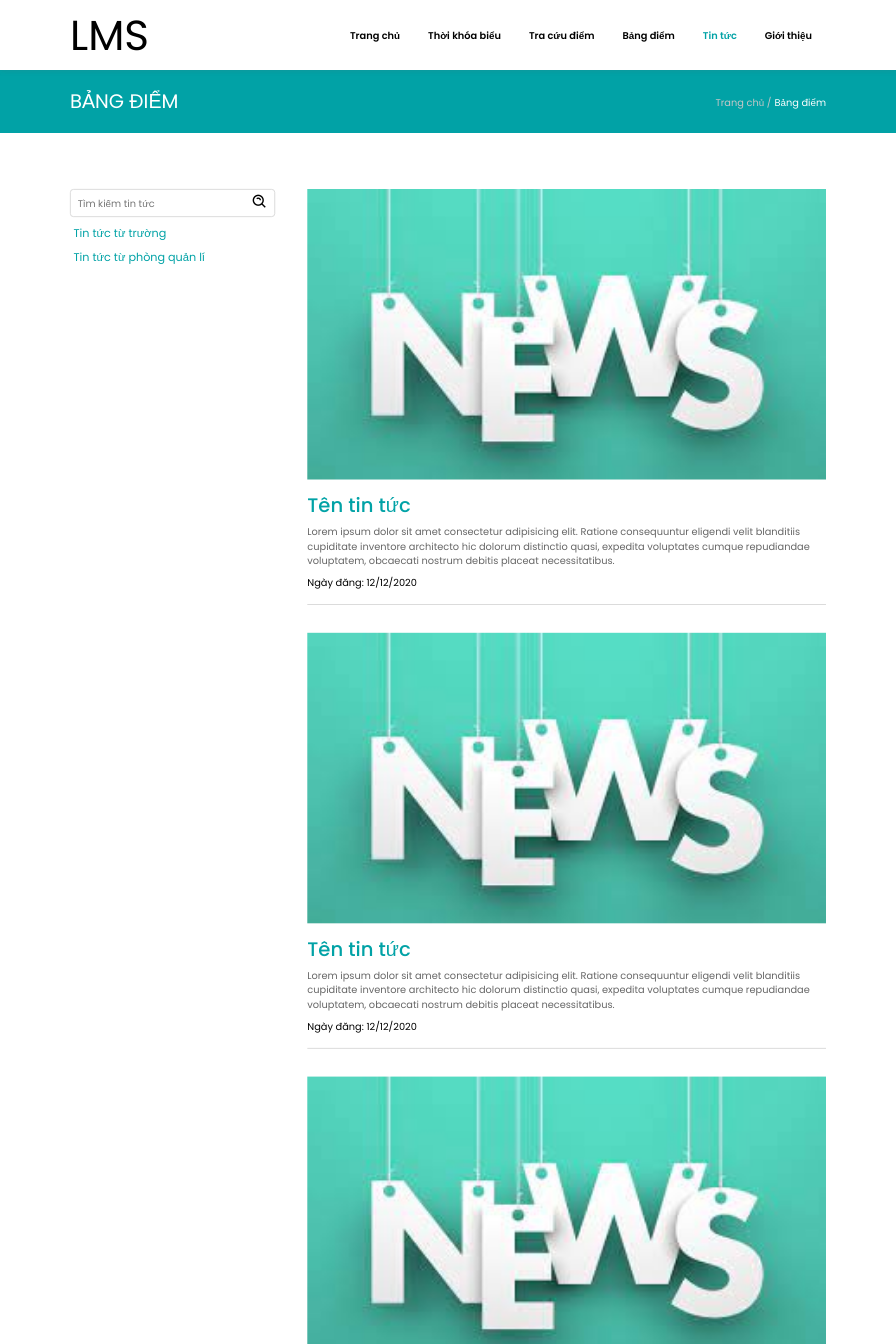
Repository: dungdungptit/LMS
Page: template/news.html
These files come from the project's save history. The page is drawn as it stood at one moment and after the next save; the edit follows.
The browser window is 1280 px wide. The pictures show the part of the page from y = 0 to 1920 px (the page is 3965 px tall before and 4237 px after), at 70% of full size.

Above is the page before, as saved 2022-04-29 08:05:46.

### template/news.html
<!DOCTYPE html>
<html lang="en">

  <head>
    <meta charset="UTF-8">
    <meta http-equiv="X-UA-Compatible" content="IE=edge">
    <meta name="viewport" content="width=device-width, initial-scale=1.0">
    <title>Tin tức</title>
    <style>
      @import url('https://fonts.googleapis.com/css2?family=Poppins:ital,wght@0,100;0,200;0,300;0,400;0,500;0,600;0,700;0,800;0,900;1,100;1,200;1,300;1,400;1,500;1,600;1,700;1,800;1,900&display=swap');
    </style>
    <link href='https://unpkg.com/boxicons@2.1.2/css/boxicons.min.css' rel='stylesheet'>

    <link rel="stylesheet" href="css/root.css">
    <link rel="stylesheet" href="css/header.css">
    <link rel="stylesheet" href="css/footer.css">
    <link rel="stylesheet" href="css/news.css">
  </head>

  <body>
    <div class="web-container">
      <header class="header-container">
        <div class="header">
          <div class="header-logo"><a href="index.html">LMS</a></div>
          <nav class="header-nav">
            <ul class="header-nav-list">
              <li class="header-nav-item"><a href="index.html" class="header-nav-link">Trang
                  chủ</a></li>
              <li class="header-nav-item"><a href="time-table.html" class="header-nav-link">Thời
                  khóa biểu</a></li>
              <li class="header-nav-item"><a href="mark-search.html" class="header-nav-link">Tra cứu điểm</a></li>
              <li class="header-nav-item"><a href="mark-statistics.html"
                  class="header-nav-link">Bảng
                  điểm</a></li>
              <li class="header-nav-item"><a href="news.html" class="header-nav-link header-nav-link-active">Tin tức</a></li>
              <li class="header-nav-item"><a href="#about.html" class="header-nav-link">Giới thiệu</a></li>
            </ul>
          </nav>
        </div>
      </header>
      <div id="page">
        <div class="heading">
          <h10 class="heading-title">Bảng điểm</h10>
          <span class="heading-link">
            <a href="index.html">Trang chủ /</a>
            <span>Bảng điểm</span>
          </span>
        </div>
        <section class="news">
          <div class="col-left">
            <div class="news-search">
              <form action="">
                <input type="text" placeholder="Tìm kiếm tin tức">
                <button type="submit">
                  <i class='bx bx-search-alt'></i>
                </button>
              </form>
            </div>
            <div class="news-categories">
              <a href="#news-from-school">Tin tức từ trường</a>
              <a href="#news-from-manager">Tin tức từ phòng quản lí</a>
            </div>
          </div>
          <div class="col-right">
            <div class="news-body">
              <div class="news-item">
                <div class="news-item-content">
                  <div class="news-item-img">
                    <a href="news-detail.html">
                      <img src="images/news/news.jfif" alt="">
                    </a>
                  </div>
                  <div class="news-item-info">
                    <div class="news-item-title">
                      <a href="news-detail.html">
                        <h2>Tên tin tức</h2>
                      </a>
                    </div>
                    <div class="news-item-description">
                      <p>Lorem ipsum dolor sit amet consectetur adipisicing elit. Ratione consequuntur eligendi velit
                        blanditiis cupiditate inventore architecto hic dolorum distinctio quasi, expedita voluptates
                        cumque repudiandae voluptatem, obcaecati nostrum debitis placeat necessitatibus.</p>
                    </div>
                    <div class="news-item-date">
                      <p>Ngày đăng: 12/12/2020</p>
                    </div>
                  </div>
                </div>
              </div>
              <div class="news-item">
                <div class="news-item-content">
                  <div class="news-item-img">
                    <a href="news-detail.html">
                      <img src="images/news/news.jfif" alt="">
                    </a>
                  </div>
                  <div class="news-item-info">
                    <div class="news-item-title">
                      <a href="news-detail.html">
                        <h2>Tên tin tức</h2>
                      </a>
                    </div>
                    <div class="news-item-description">
                      <p>Lorem ipsum dolor sit amet consectetur adipisicing elit. Ratione consequuntur eligendi velit
                        blanditiis cupiditate inventore architecto hic dolorum distinctio quasi, expedita voluptates
                        cumque repudiandae voluptatem, obcaecati nostrum debitis placeat necessitatibus.</p>
                    </div>
                    <div class="news-item-date">
                      <p>Ngày đăng: 12/12/2020</p>
                    </div>
                  </div>
                </div>
              </div>
              <div class="news-item">
                <div class="news-item-content">
                  <div class="news-item-img">
                    <a href="news-detail.html">
                      <img src="images/news/news.jfif" alt="">
                    </a>
                  </div>
                  <div class="news-item-info">
                    <div class="news-item-title">
                      <a href="news-detail.html">
                        <h2>Tên tin tức</h2>
                      </a>
                    </div>
                    <div class="news-item-description">
                      <p>Lorem ipsum dolor sit amet consectetur adipisicing elit. Ratione consequuntur eligendi velit
                        blanditiis cupiditate inventore architecto hic dolorum distinctio quasi, expedita voluptates
                        cumque repudiandae voluptatem, obcaecati nostrum debitis placeat necessitatibus.</p>
                    </div>
                    <div class="news-item-date">
                      <p>Ngày đăng: 12/12/2020</p>
                    </div>
                  </div>
                </div>
              </div>
              <div class="news-item">
                <div class="news-item-content">
                  <div class="news-item-img">
                    <a href="news-detail.html">
                      <img src="images/news/news.jfif" alt="">
                    </a>
                  </div>
                  <div class="news-item-info">
                    <div class="news-item-title">
                      <a href="news-detail.html">
                        <h2>Tên tin tức</h2>
                      </a>
                    </div>
                    <div class="news-item-description">
                      <p>Lorem ipsum dolor sit amet consectetur adipisicing elit. Ratione consequuntur eligendi velit
                        blanditiis cupiditate inventore architecto hic dolorum distinctio quasi, expedita voluptates
                        cumque repudiandae voluptatem, obcaecati nostrum debitis placeat necessitatibus.</p>
                    </div>
                    <div class="news-item-date">
                      <p>Ngày đăng: 12/12/2020</p>
                    </div>
                  </div>
                </div>
              </div>
              <div class="news-item">
                <div class="news-item-content">
                  <div class="news-item-img">
                    <a href="news-detail.html">
                      <img src="images/news/news.jfif" alt="">
                    </a>
                  </div>
                  <div class="news-item-info">
                    <div class="news-item-title">
                      <a href="news-detail.html">
                        <h2>Tên tin tức</h2>
                      </a>
                    </div>
                    <div class="news-item-description">
                      <p>Lorem ipsum dolor sit amet consectetur adipisicing elit. Ratione consequuntur eligendi velit
                        blanditiis cupiditate inventore architecto hic dolorum distinctio quasi, expedita voluptates
                        cumque repudiandae voluptatem, obcaecati nostrum debitis placeat necessitatibus.</p>
                    </div>
                    <div class="news-item-date">
                      <p>Ngày đăng: 12/12/2020</p>
                    </div>
                  </div>
                </div>
              </div>
            </div>
            <div class="news-more">
              <a href="news.html">Xem thêm <i class='bx bx-chevron-down'></i> </a>
            </div>
          </div>
        </section>
        <footer class="footer-container">
          <div class="bottom">
            <div class="bottom-item">
              <p class="bottom-item-title">LMS</p>
              <div class="bottom-item-content">Lorem ipsum, dolor sit amet consectetur adipisicing elit. Hic error aut
                neque exercitationem rerum facere dolor architecto dolorum, pariatur beatae, sit et similique placeat
                eveniet quidem perspiciatis iusto animi. Reiciendis!</div>
            </div>
            <div class="bottom-item">
              <p class="bottom-item-title">Giới thiệu</p>
              <div class="bottom-item-content">
                <ul class="bottom-about-list">
                  <li class="bottom-about-item">
                    <a href="#">Về nhà trường</a>
                  </li>
                  <li class="bottom-about-item">
                    <a href="#">Đội ngũ giáo viên</a>
                  </li>
                  <li class="bottom-about-item">
                    <a href="#">Đối tác</a>
                  </li>
                  <li class="bottom-about-item">
                    <a href="#">Hệ thống</a>
                  </li>
                </ul>
              </div>
            </div>

            <div class="bottom-item">
              <p class="bottom-item-title">Tuyển sinh</p>
              <div class="bottom-item-content">
                <ul class="bottom-about-list">
                  <li class="bottom-about-item">
                    <a href="#">Tiêu chí</a>
                  </li>
                  <li class="bottom-about-item">
                    <a href="#">Năm 2023</a>
                  </li>
                  <li class="bottom-about-item">
                    <a href="#">Năm 2022</a>
                  </li>
                  <li class="bottom-about-item">
                    <a href="#">Năm 2021</a>
                  </li>
                </ul>
              </div>
            </div>

            <div class="bottom-item">
              <p class="bottom-item-title">Liên hệ</p>
              <div class="bottom-item-content">
                <ul class="bottom-contact-list">
                  <li class="bottom-contact-item">
                    <i class='bx bx-envelope'></i>
                    <a class="bottom-contact-item-link" href="#">
                      <a href="mailto:example@language-school.com">example@language-school.com</a>
                    </a>
                  </li>
                  <li class="bottom-contact-item">
                    <i class='bx bx-mobile-alt'></i>
                    <span>Hotline: 0987654321</span>
                  </li>

                  <li class="bottom-contact-item">
                    <i class='bx bxs-location-plus'></i>
                    <span>xxx Đường XXX, Phường XXX, Quận XXX, Thành Phố XXX</span>
                  </li>

                </ul>
              </div>
            </div>
          </div>
          <div class="footer">
            <p>
              Privacy Policy / This is a management system website - Copyright © 2022 / All Rights Reserved
            </p>
            <div class="contact">
              <ul class="contact-list">
                <li class="contact-list-item">
                  <a href="#linkedIn"><i class='bx bxl-linkedin'></i></a>
                </li>
                <li class="contact-list-item">
                  <a href="#facebook"><i class='bx bxl-facebook'></i></a>
                </li>
                <li class="contact-list-item">
                  <a href="#twitter"><i class='bx bxl-twitter'></i></a>
                </li>
                <li class="contact-list-item">
                  <a href="#skype"><i class='bx bxl-skype'></i></a>
                </li>
              </ul>
            </div>
          </div>
        </footer>
      </div>
    </div>



    <script src="https://unpkg.com/boxicons@2.1.2/dist/boxicons.js"></script>
  </body>

</html>

### template/css/root.css
:root{
  --box-shadow:rgba(99, 99, 99, 0.2) 0px 2px 8px 0px;
}

html,
body,
* {
  margin: 0;
  padding: 0;
  font-family: 'Poppins', sans-serif !important;
  font-size: 16px;
  color: black;
  box-sizing: border-box;
}


a {
  text-decoration: none;
  color: black;
}

.web-container {
  /* position: relative; */
  padding: 0 11%;
  margin: 0 auto;
  background-color: #f0f0f0;
}

ul li {
  list-style: none;
}

.heading {
  display: flex;
  justify-content: space-between;
  align-items: center;
  background-color: #01a2a6;
  color: white;
  height: 90px;
  padding: 0 100px;
}

.heading * {
  color: white;
}

.heading-title {
  text-transform: uppercase;
  font-size: 28px;
}

.heading-link * {
  font-size: 14px;
}

.heading-link a {
  color: #c7c7c7;
}
.heading-link a:hover {
  color: white;
}

### template/css/header.css
:root{
  --box-shadow:rgba(99, 99, 99, 0.2) 0px 2px 8px 0px;
}

.header-container {
  z-index: 1000;
  position: fixed;
  left: 0;
  right: 0;
  top: 0;
  background-color: #f0f0f0;
  padding: 0 11%;
}

.header {
  display: flex;
  justify-content: space-between;
  align-items: center;
  height: 100px;
  background-color: white;
  margin: 0 auto;
  box-shadow: rgba(99, 99, 99, 0.2) 0px 2px 8px 0px;
}

.header-logo {
  display: flex;
  justify-content: center;
  align-items: center;
  user-select: none;
  margin-left: 100px;
}

.header-logo a {
  font-size: 60px;
}

.header-nav ul {
  display: flex;
  justify-content: center;
  align-items: center;
  margin-right: 100px;
}

.header-nav-link {
  font-size: 14px;
  margin: 0 20px;
  font-weight: 600;
  display: flex;
  justify-content: center;
  align-items: center;
}

.header-nav-item:hover .header-nav-link {
  color: #01a2a6;
}

.header-nav-link-active {
  color: #01a2a6;
}

#menu-btn{
  display: none;
  margin-right: 100px;
}

#menu-btn i{
  font-size: 30px;
  color: #000;
  cursor: pointer;
}

#menu-btn i:hover{
  color: #01a2a6;
}
























/* media queries  */


@media only screen and (max-width:1440px) {
  .web-container {
    width: 100%;
    padding: 0;
  }

  .header-container {
    padding: 0;
  }
}


@media (max-width:991px) {

  .home-right-item-content-image,
  .home-right-item-library-video-item-image,
  .home-right-item-library-images img,
  .home-slider,
  .home-row-content-image{
    display: none;
  }

  .home-container-left{
    margin-top: 10px !important;
  }

  #menu-btn{
    display: block;
  }

  .select-semester{
    width: 100% !important;
    justify-content: flex-start !important;
  }

  .select-semester select{
    width: 100% !important;
  }

  .select-semester form{
    width: 50% !important;
  }

  .header-nav{
    display: none;
    position: absolute;
    top: 100%;
    right: 100px;
    width: 240px;
    box-shadow: var(--box-sadow);
    border-radius: 5px;
    background-color: rgba(255, 255, 255, 0.9);
    animation: show-menu .3s ease-in-out;
  }

  @keyframes show-menu {
    0% {
      transform: translateY(-10px);
    }
  }


  .header-nav.active{
    display: block;
  }

  .header-nav ul{
    display: block;
    margin-right: 0;
    padding: 5px 0;
  }

  .header-nav ul li{
    display: block;
    margin: 0;
    padding: 0;
  }

  .header-nav ul li a{
    padding: 10px 0;
    justify-content: start;
  }

}

@media (max-width:768px) {

  .header-nav{
    right: 40px;
  }

  section{
    padding: 20px 40px !important;
  }

  .table{
    padding: 0 40px 100px 40px !important;
  }

  .news{
    flex-direction: column;
    gap: 20px;
  }

  .news .col-left{
    padding-left: 15px;
    width: 100%;
  }

  .news .col-right{
    width: 100%;
  }

  .news .news-search{
    width: 50% !important;
  }

  .news .news-search form{
    width: 100% !important;
  }

  .news .news-search input{
    width: 100% !important;
  }

  .heading{
    padding: 0 40px !important;
  }

  .select-box{
    padding: 60px 40px !important;
  }

  .select-semester{
    width: 100% !important;
  }

  .select-semester select{
    width: 100% !important;
  }

  .select-semester form{
    width: 100% !important;
  }

  .header-logo {
    margin-left: 40px;
  }

  #menu-btn{
    margin-right: 40px;
  }

  .home-row-content-text{
    padding-left: 0 !important;
  }

  .bottom{
    flex-wrap: wrap;
    padding: 50px 20px !important;
  }
  .bottom-item {
    margin-top: 10px !important;
    width: calc(50% - 40px) !important;
  }

  .footer{
    flex-wrap: wrap;
    padding: 12px 20px !important;
    text-align: center;
  }

  .footer p{
    width: 100%;
  }

  .contact{
    width: 100%;
  }

  .contact-list{
    justify-content: center !important;
  }

}

@media (max-width:450px) {

  html {
      font-size: 50%;
  }

  section{
    padding: 20px !important;
  }

  .table{
    padding: 0 20px 100px 20px !important;
  }

  .news .news-search{
    width: 100% !important;
  }

  .news-search form{
    width: 100% !important;
  }

  .news-search input{
    width: 100% !important;
  }

  .heading{
    padding: 0 20px;
    justify-content: center;
  }

  .heading-title{
    text-align: center;
    font-size: 24px !important;
  }

  .heading-link{
    display: none;
  }

  .select-box{
    flex-wrap: wrap;
    gap: 20px;
    padding: 60px 20px !important;
  }

  .select-week{
    width: 100% !important;
  }

  .select-week select{
    width: 100% !important;
  }

  .select-class{
    width: 100% !important;
    flex-direction: column;
    align-items: flex-start !important;
    margin-right: 0 !important;
  }

  .select-class:first-child form{
    margin-top: 0 !important;
  }

  .select-class form{
    width: 100% !important;
  }

  .select-class form select{
    width: 100% !important;
  }

  .select-class form:last-child{
    margin-top: 20px;
    margin-left: 0 !important;
  }

  .header-logo {
    margin-left: 15px;
  }

  #menu-btn{
    margin-right: 15px;
  }

  .header-nav{
    right: 0;
    width: 100%;
    border-radius: 0;
  }

  .bottom {
    padding: 50px 20px !important;
  }

  .bottom-item {
    width: calc(100%) !important;
    margin: 20px 0 !important;
  }

  .footer{
    flex-wrap: wrap;
    padding: 12px 20px !important;
    text-align: center;
  }

  .contact{
    width: 100%;
  }

  .contact-list{
    justify-content: center !important;
  }

  .home{
    flex-wrap: wrap;
  }

  .col-left{
    width: 100% !important;
    padding-right: 0 !important;
  }

  .col-right{
    width: 100% !important;
    padding-left: 0 !important;
  }

}

### template/css/footer.css
.footer-container {
  background-color: #3d3d47;
}

.footer-container * {
  color: #ffffff4d;
  font-size: 13px;
  line-height: 30px;
}

.bottom {
  padding: 50px 100px;
  border-bottom: 1px solid #ccc;
  display: flex;
  justify-content: center;
  align-items: flex-start;
}

.bottom-item {
  width: 25%;
  margin: 0 20px;
}

.bottom-item-title {
  position: relative;
  margin-bottom: 30px;
}

.bottom-item-content {}

.bottom-item:first-of-type .bottom-item-title {
  font-size: 30px;
  font-weight: bold;
  margin-bottom: 40px;
}

.bottom-item:not(:first-of-type) .bottom-item-title::after {
  content: "";
  width: 70%;
  height: 2px;
  position: absolute;
  top: 150%;
  left: -5%;
  background-color: #01a2a6;
}

.bottom-item-title {
  font-size: 20px;
  color: white;
}

.bottom-about-item {
  padding: 10px 0;
  border-bottom: 1px solid #cccccc52;
}

.bottom-about-item:hover * {
  color: white;
}

.bottom-contact-item {
  display: flex;
  justify-content: flex-start;
  align-items: center;
  padding: 10px 0;
}

.bottom-contact-item i {
  font-size: 20px;
  margin-right: 20px;
}

.bottom-contact-item:hover a {
  color: white;
}

.footer {
  padding: 12px 100px;
}

.footer {
  display: flex;
  justify-content: space-between;
  align-items: center;
}

.contact ul {
  display: flex;
  justify-content: center;
  align-items: center;
}

.contact-list-item * {
  margin-right: 4px;
  font-size: 16px;
}

.contact-list-item:hover * {
  color: white;
}

### template/css/news.css
.heading {
    margin-top: 100px;
    display: flex;
    justify-content: space-between;
    align-items: center;
    background-color: #01a2a6;
    padding: 10px 100px;
    color: #fff;
}

section {
    padding: 20px 100px;
}

.heading {
    display: flex;
    justify-content: space-between;
    align-items: center;
    background-color: #01a2a6;
    color: white;
    height: 90px;
    padding: 0 100px;
}

.heading * {
    color: white;
}

.heading-title {
    text-transform: uppercase;
    font-size: 28px;
}

.heading-link * {
    font-size: 14px;
}
.news{
    display: flex;
    justify-content: space-between;
    background-color: #fff;
    padding-top: 70px;
}

.col-left{
    width: 30%;
    padding-right: 15px;
}

.col-right{
    width: 70%;
    padding-left: 15px;
}

.news-search{
    display: flex;
    justify-content: start;
    align-items: center;
}

.news-search form{
    padding: 10px 0;
    position: relative;
}

.news-search form input{
    width: 100%;
    height: 40px;
    border: 1px solid #ccc;
    border-radius: 5px;
    padding: 0 10px;
    font-size: 14px;
}

.news-search form button{
    position: absolute;
    right: 0;
    top: 7px;
    color: #fff;
    background: transparent;
    border: none;
    padding: 10px;
    font-size: 14px;
    cursor: pointer;
}

.news-search form button i{
    font-size: 24px;
    color: #000;
}

.news-categories{
    display: flex;
    flex-direction: column;
    gap: 10px;
}

.news-categories a{
    color: #01a2a6;
    font-size: 16px;
    font-weight: 400;
    padding-left: 5px;
    text-decoration: none;
}

.news-categories a:hover{
    color: #000;
}

.news-body{
    display: flex;
    flex-direction: column;
    gap: 30px;
}

.news-item{
    display: flex;
    justify-content: space-between;
    align-items: center;
    padding: 10px 0;
    border-bottom: 1px solid #ccc;
}

.news-item-content{
    padding-bottom: 10px;
}

.news-item-img{
    width: 100%;
}

.news-item-img img{
    width: 100%;
    height: 100%;
    object-fit: cover;
}

.news-item-info{
    margin-top: 10px;
}

.news-item-title{
    margin-bottom: 5px;
}

.news-item-title a h2{
    font-size: 28px;
    font-weight: 500;
    color: #01a2a6;
}

.news-item-title a:hover h2{
    color: #000;
}

.news-item-description p{
    font-size: 14px;
    color: #666;
    margin-bottom: 10px;
}

.news-item-date p{
    font-size: 14px;
    color: #000;
}

.news-more{
    display: flex;
    justify-content: center;
    align-items: center;
    margin: 30px auto;
    padding: 10px 0;
    border: #ccc 1px solid;
    border-radius: 30px;
    width: 160px;
}

.news-more a{
    color: #01a2a6;
    font-size: 16px;
    font-weight: 400;
    text-decoration: none;
}

.news-more:hover{
    border: #000 1px solid;
}

.news-more:hover a{
    color: #000;
}

After the next save:
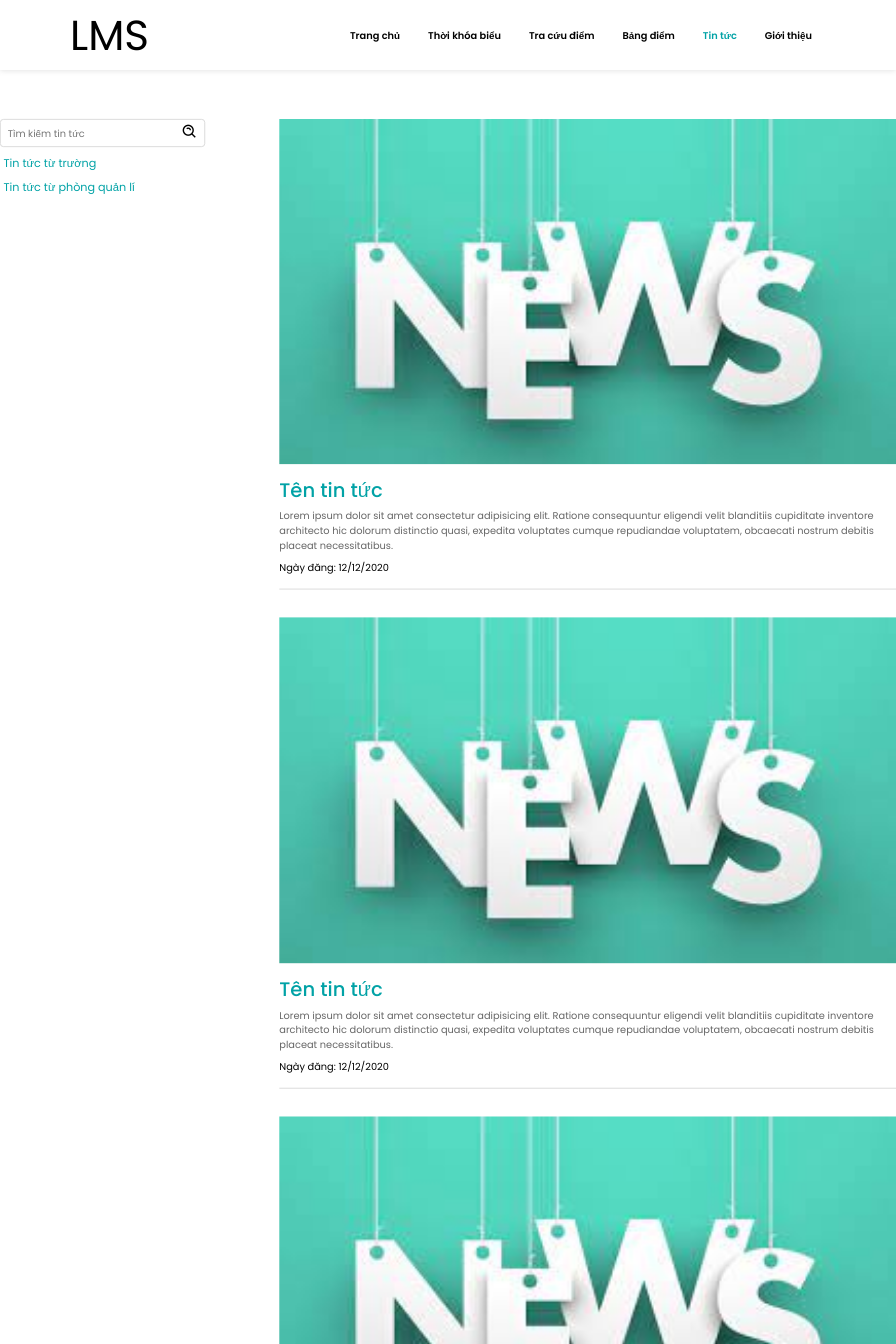
Saved 18 s later.
--- a/template/css/news.css
+++ b/template/css/news.css
@@ -1,12 +1,4 @@
-.heading {
-    margin-top: 100px;
-    display: flex;
-    justify-content: space-between;
-    align-items: center;
-    background-color: #01a2a6;
-    padding: 10px 100px;
-    color: #fff;
-}
+#
 
 section {
     padding: 20px 100px;
